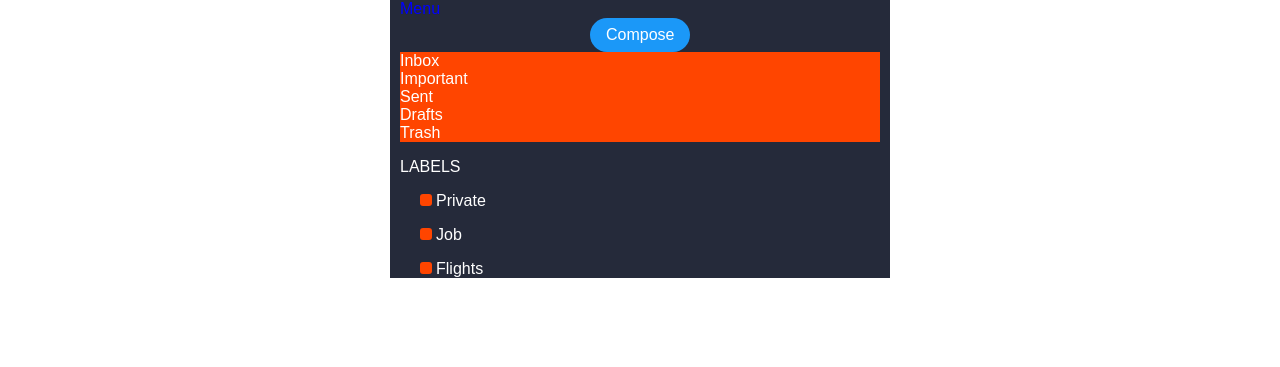
Repository: Gumiin/studia
Page: lesson4/index.html
An editor plug-in stored every save of this project. The page is shown before and after the next save, followed by the edit.
The browser window is 1280 px wide. The pictures show the whole page.

Above is the page before, as saved 2021-04-07 18:17:28.

After the next save:
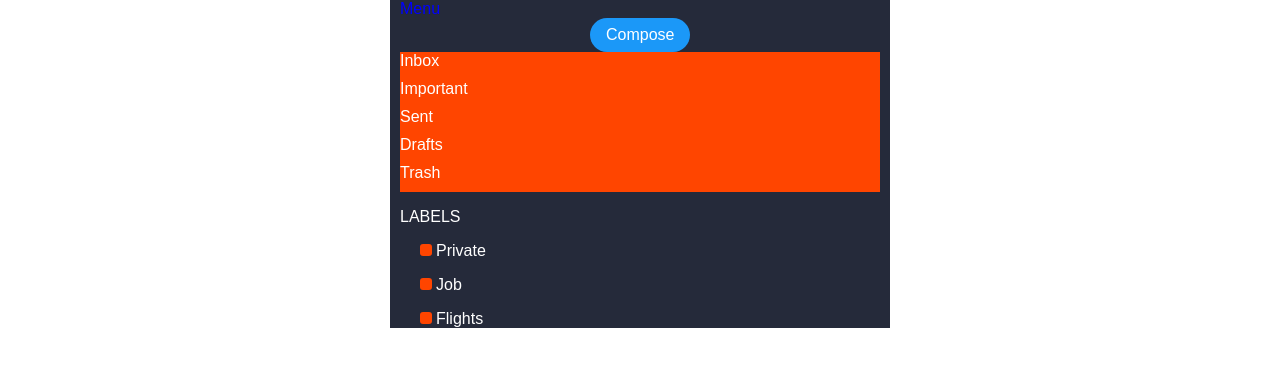
Saved 15 s later.
--- a/lesson4/style.css
+++ b/lesson4/style.css
@@ -32,6 +32,7 @@ body{
 .menu{
     margin-left: 2%;
     margin-right: 2%;
+    padding-bottom: 2%;
     background-color: orangered;
 }
 #labels{
